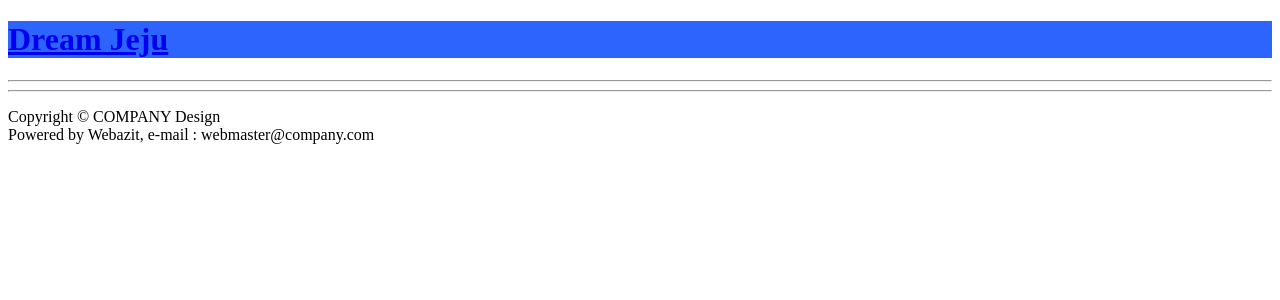
Repository: Gmajorlist/HTML
Page: webProject/src/main/webapp/index.html
An editor plug-in stored every save of this project. The page is shown before and after the next save, followed by the edit.
The browser window is 1280 px wide. The pictures show the whole page.

Above is the page before, as saved 2023-03-22 08:45:15.

### webProject/src/main/webapp/index.html
<!DOCTYPE html>
<html>
<head>
<meta charset="UTF-8">
<title>Insert title here</title>
<link rel="stylesheet" href="style.css">
</head>
<body>
<div id="wrap">
	<div id="header" style="background-color:#2E64FE;">
		<h1 class="logo"><a href="#">Dream Jeju</a></h1>


	</div><!-- //header -->
	<hr>


		</div>
	</div>
	<hr>

	<div id="footer">
		<dl class="btmnav">

		</dl>

		<p class="copy">
			Copyright &copy; COMPANY Design<br>
			Powered by Webazit, e-mail : webmaster@company.com
		</p>
	</div>
</div>
</body>
</html>

<!--

dl 설명 목록
dt 용어
dd 설명

 -->

### webProject/src/main/webapp/css/style.css
@charset "UTF-8";
@import url('http://fonts.googleapis.com/css2?famaily=Merienda:wght@700&display=swap');
h1{
	color: white;
}

After the next save:
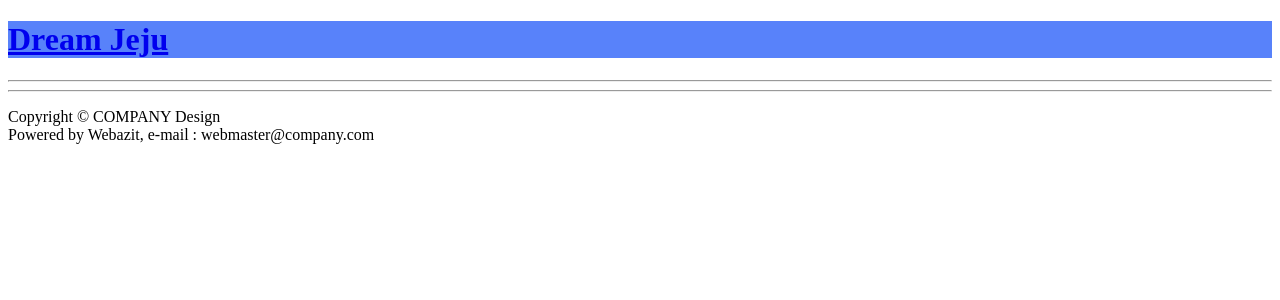
Saved 17 s later.
--- a/webProject/src/main/webapp/index.html
+++ b/webProject/src/main/webapp/index.html
@@ -7,7 +7,7 @@
 </head>
 <body>
 <div id="wrap">
-	<div id="header" style="background-color:#2E64FE;">
+	<div id="header" style="background-color:#5882FA;">
 		<h1 class="logo"><a href="#">Dream Jeju</a></h1>
 
 
